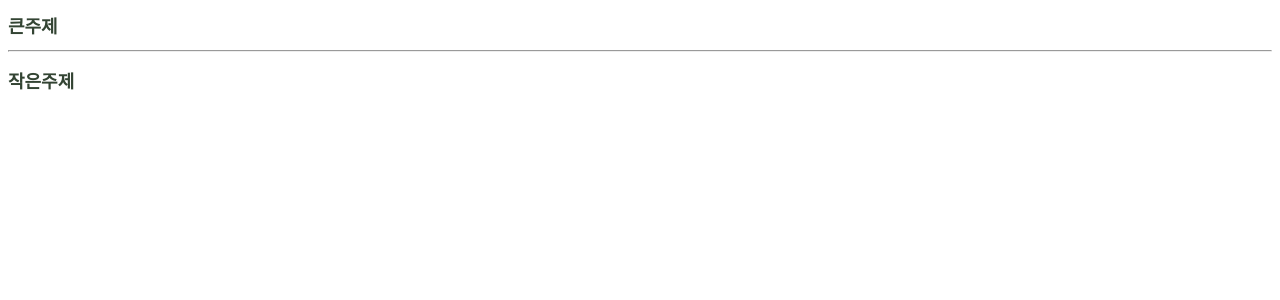
Repository: hyyrim/WebStudy
Page: http://localhost/WebApp17/Guest.jsp
The author's editor kept a copy of each file at every save. The page is drawn from the files as they stood at one save, then again after the next save.
The browser window is 1280 px wide. The pictures show the whole page.
The page is served by Tomcat 9.

Above is the page before, as saved 2021-05-20 05:41:24.

After the next save:
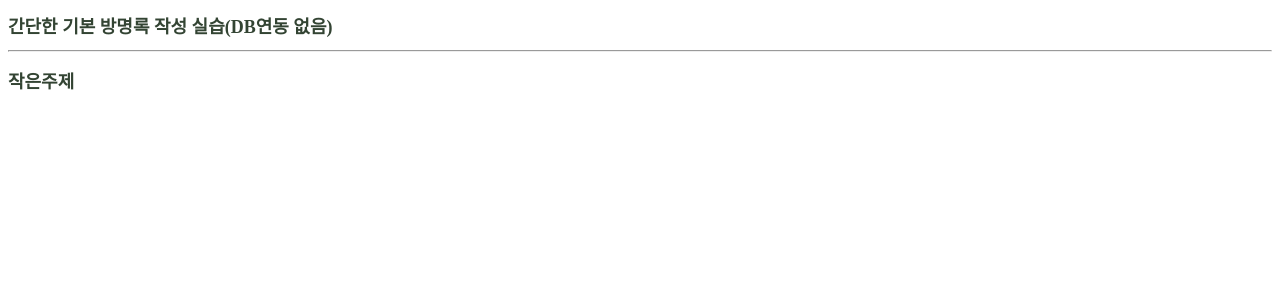
Saved 26 s later.
--- a/WebApp17/WebContent/Guest.jsp
+++ b/WebApp17/WebContent/Guest.jsp
@@ -10,7 +10,7 @@
 <body>
 
 <div>
-	<h1>큰주제</h1>
+	<h1>간단한 기본 방명록 작성 실습(DB연동 없음)</h1>
 	<hr>
 </div>
 
